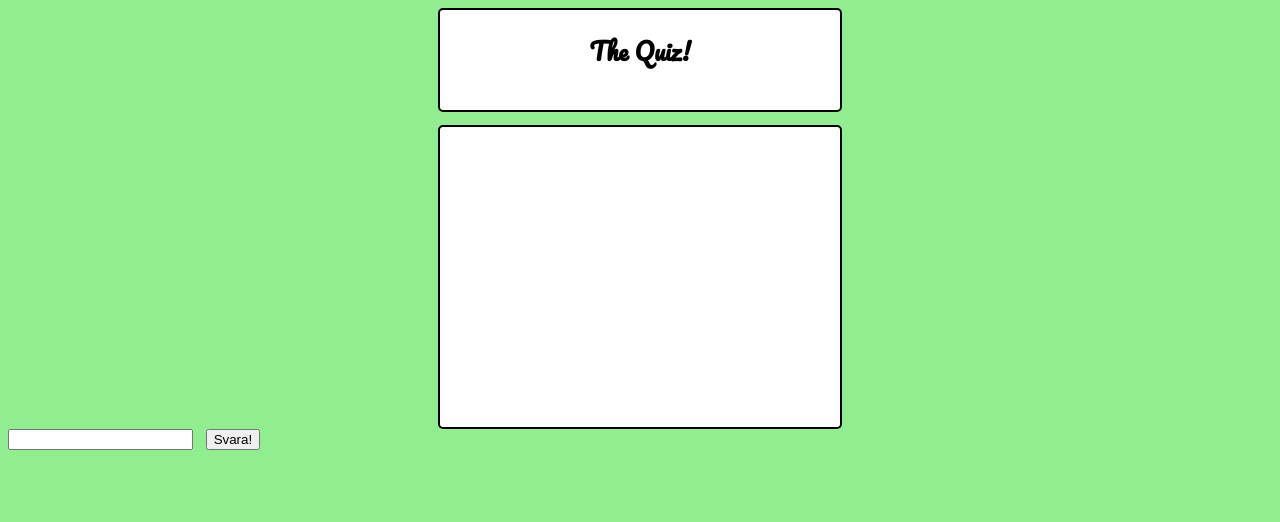
Repository: kn222gp/1dv403-laborationer
Page: 4-thequiz/index.html
The author's editor kept a record of every edit. The page is drawn from the files as they stood at one moment, then again after the next edit.
The browser window is 1280 px wide. The pictures show the whole page.

Above is the page before.

After the next edit:
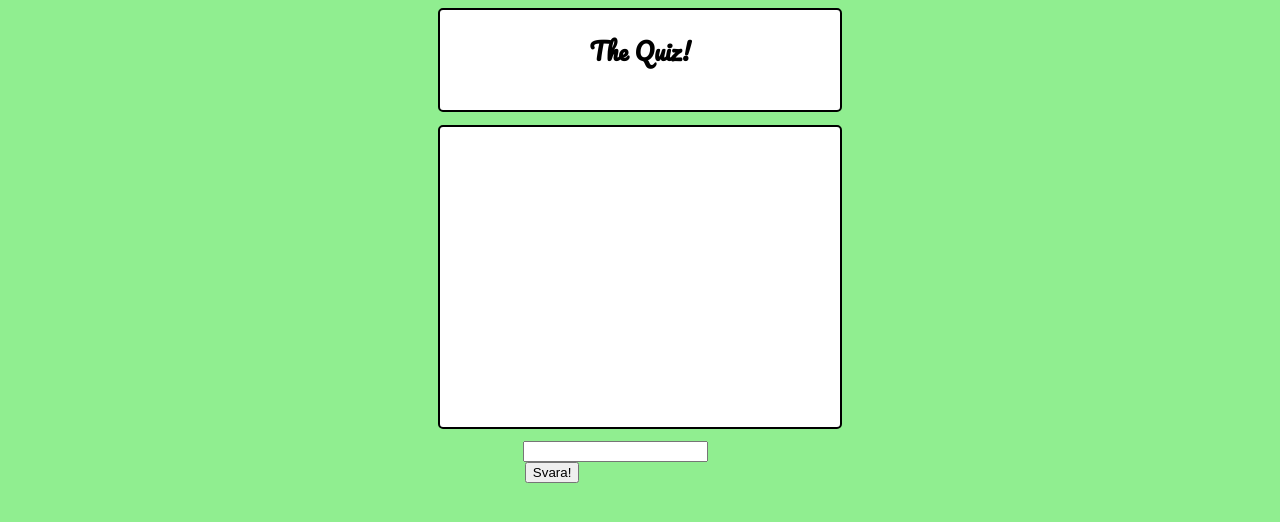
The edit:
--- a/4-thequiz/index.html
+++ b/4-thequiz/index.html
@@ -18,7 +18,7 @@
         </div>
     </section>
 
-        <form  id="secondSec">
+        <form  id="input">
             <input type="text" name="svar" id="text"/>
             <input type="submit" value="Svara!" id="submit"/>
         </form>
